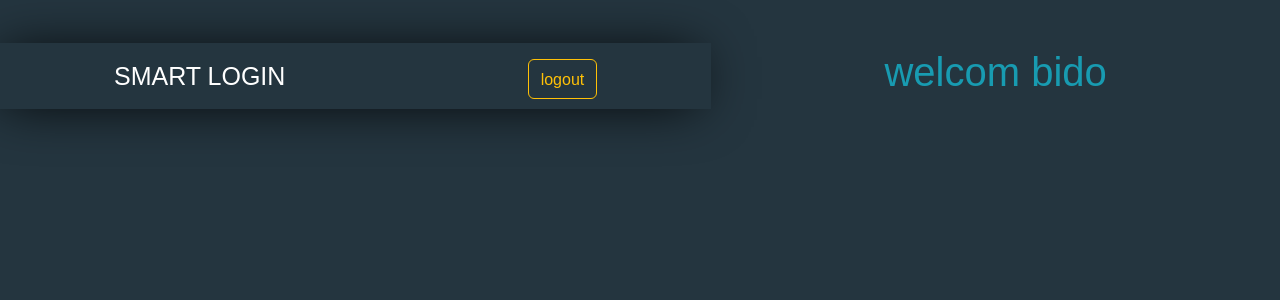
Repository: bodajava/TASK-4
Page: theerdIndex.html
These files come from the project's save history. The page is drawn as it stood at one moment and after the next save; the edit follows.
The browser window is 1280 px wide. The pictures show the whole page.

Above is the page before, as saved 2025-06-18 20:09:11.

### theerdIndex.html
<!DOCTYPE html>
<html lang="en">
  <head>
    <link rel="stylesheet" href="CSS/all.min.css" />
    <link rel="stylesheet" href="CSS/bootstrap.css" />
    <link rel="stylesheet" href="CSS/style.css" />
    <meta charset="UTF-8" />
    <meta name="viewport" content="width=device-width, initial-scale=1.0" />
    <title>Document</title>
  </head>
  <body>
    <div id="container" class="container-fluid">
      <nav
        id="nav"
        class="container navbar navbar-expand-lg bg-body-tertiary pt-0 pb-0"
      >
        <div class="container-fluid">
          <a id="margen" class="navbar-brand" href="#">SMART LOGIN</a>

          <button
            class="navbar-toggler"
            type="button"
            data-bs-toggle="collapse"
            data-bs-target="#navbarSupportedContent"
            aria-controls="navbarSupportedContent"
            aria-expanded="false"
            aria-label="Toggle navigation"
          >
            <span class="navbar-toggler-icon"></span>
          </button>

          <div class="collapse navbar-collapse" id="navbarSupportedContent">
            <ul class="navbar-nav ms-auto mb-2 mb-lg-0">
              <li>
                <a
                  class="pt-2 mt-3 btn btn-outline-warning w-100 d-flex align-items-center"
                  href=""
                  >logout</a
                >
              </li>
            </ul>
          </div>
        </div>
      </nav>
    </div>
    <div id="booox" class="group m-auto w-75 p-5">
      <h1 id="userName" class="text-center">welcom bido</h1>
    </div>
    <script src="js/bootstrap.bundle.min.js"></script>
    <script src="js/index.js"></script>
  </body>
</html>

### CSS/style.css
* {
  padding: 0;
  margin: 0;
  box-sizing: border-box;
}

body {
  background-color: #24353f;
  display: flex;
  justify-content: center;
  align-items: center;
  font-family: Arial, sans-serif;
}

#item {
  margin-top: 60px;
  margin-left: 390px;
  margin-right: 390px;
  padding-left: 15px;
  padding-right: 15px;
}

#item2 {
  box-shadow: -5px 2px 54px -9px rgba(0, 0, 0, 1);
  margin-left: 138.75px;
  margin-right: 138.75px;
  padding-left: 60px;
  padding-right: 60px;
  padding-top: 60px;
  padding-bottom: 60px;
}

h1 {
  color: #189bb1;
}

.anchor {
  text-decoration: none;
}

.anchor:hover {
  text-decoration: underline;
}

.paragraph {
  font-size: 20px;
  line-height: 30px;
  font-weight: 400;
  color: white;
}

.paragraph a {
  font-size: 20px;
  line-height: 30px;
  font-weight: 400;
  color: white;
}

.form-control {
  background-color: #24353f;
  border: 1px solid white;
  color: #fff;
  border-radius: 5px;
}

.form-control::placeholder {
  color: #a0a0a0;
}

.form-control:focus {
  background-color: #24353f;
  color: #fff;
  border-color: #189bb1;
  outline: none;
  box-shadow: none;
}

.btnn {
  text-decoration: none;
  color: #189bb1;
}

.btnn:hover {
  color: white;
}

#box {
  box-shadow: -5px 2px 54px -9px rgba(0, 0, 0, 1);
}

#nav {
  background-color: #24353f !important;
}

#container {
  box-shadow: -5px 2px 54px -9px rgba(0, 0, 0, 1);
}

#margen {
  margin-left: 90px;
  font-size: 25px;
  line-height: 38px;
  font-weight: 400;
  color: white;
}

ul li {
  margin-right: 90px;
  padding-bottom: 10px;
}

Loaded but not shown: CSS/all.min.css (library); CSS/bootstrap.css (library); js/bootstrap.bundle.min.js (library); js/index.js (no copy from this time; the picture is the same without it)

After the next save:
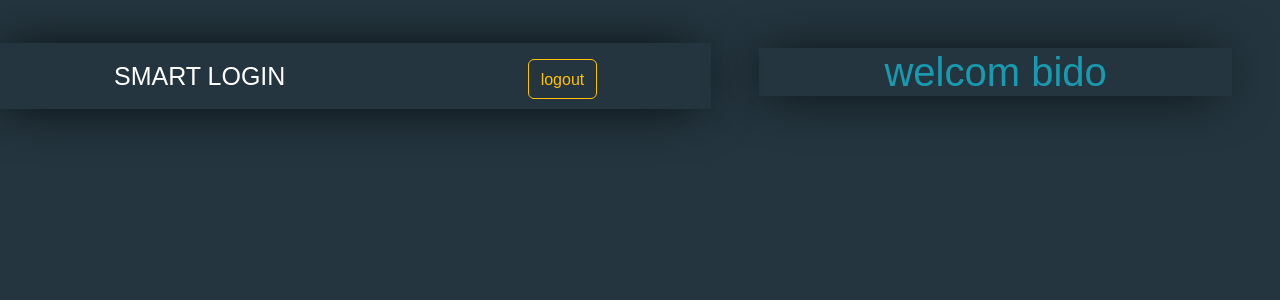
Saved 30 s later.
--- a/CSS/style.css
+++ b/CSS/style.css
@@ -108,3 +108,7 @@ ul li {
   margin-right: 90px;
   padding-bottom: 10px;
 }
+
+#userName {
+  box-shadow: -5px 2px 54px -9px rgba(0, 0, 0, 1);
+}
